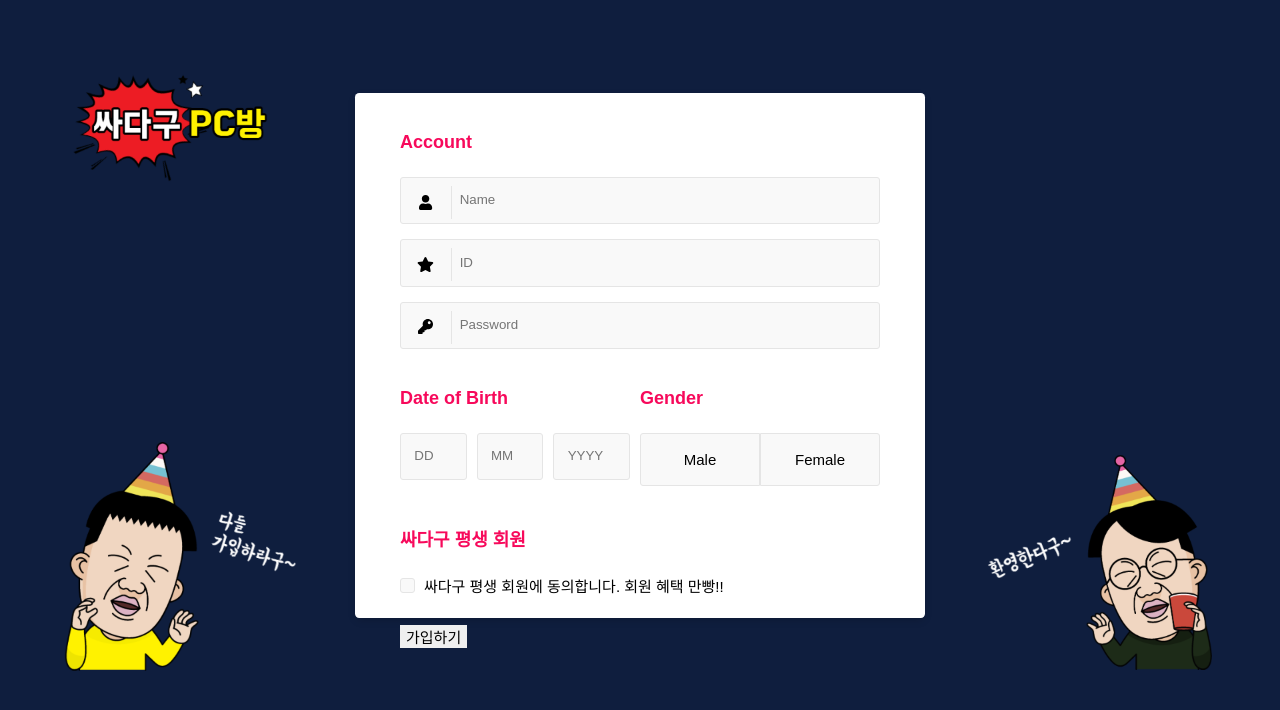
Repository: lkwoung/webProject-assignment
Page: http://localhost/CheapPC/login/join.jsp
The author's editor kept a copy of each file at every save. The page is drawn from the files as they stood at one save, then again after the next save.
The browser window is 1280 px wide. The pictures show the whole page.
Some web fonts or font styles are not loaded; a fallback is used. Some web libraries are served in a nearby version. The page is served by Tomcat 9.

Above is the page before, as saved 2020-12-17 14:24:36.

After the next save:
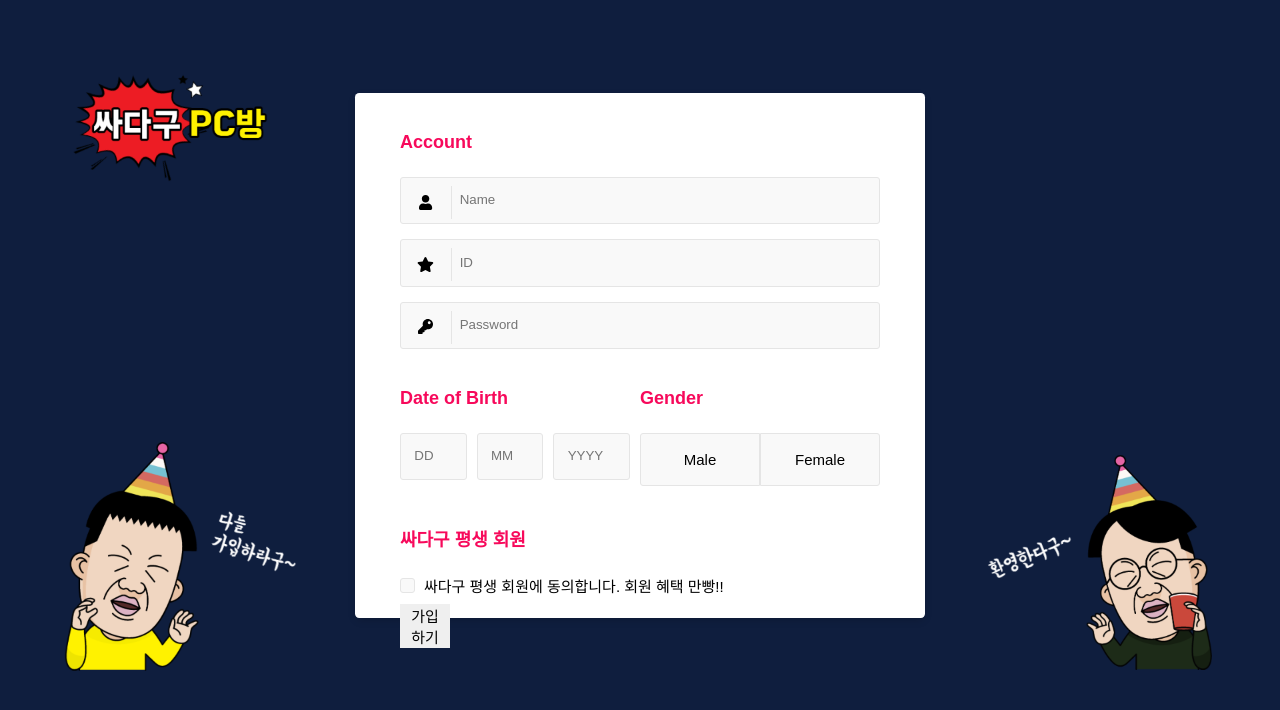
Saved 35 s later.
--- a/CheapPC/WebContent/login/join.jsp
+++ b/CheapPC/WebContent/login/join.jsp
@@ -59,7 +59,7 @@
         <label for="terms" style="font-family:'Hanna', sans-serif;">싸다구 평생 회원에 동의합니다. 회원 혜택 만빵!!</label>
       </div>
     </div>
-      <button type="submit" style="font-family:'Hanna', sans-serif; position:absolute; bottom:10%;">가입하기</button>
+      <button type="submit" style="font-family:'Hanna', sans-serif; position:absolute; bottom:10%; width:50px;">가입하기</button>
   </form>
   </div>
 

After the save that followed:
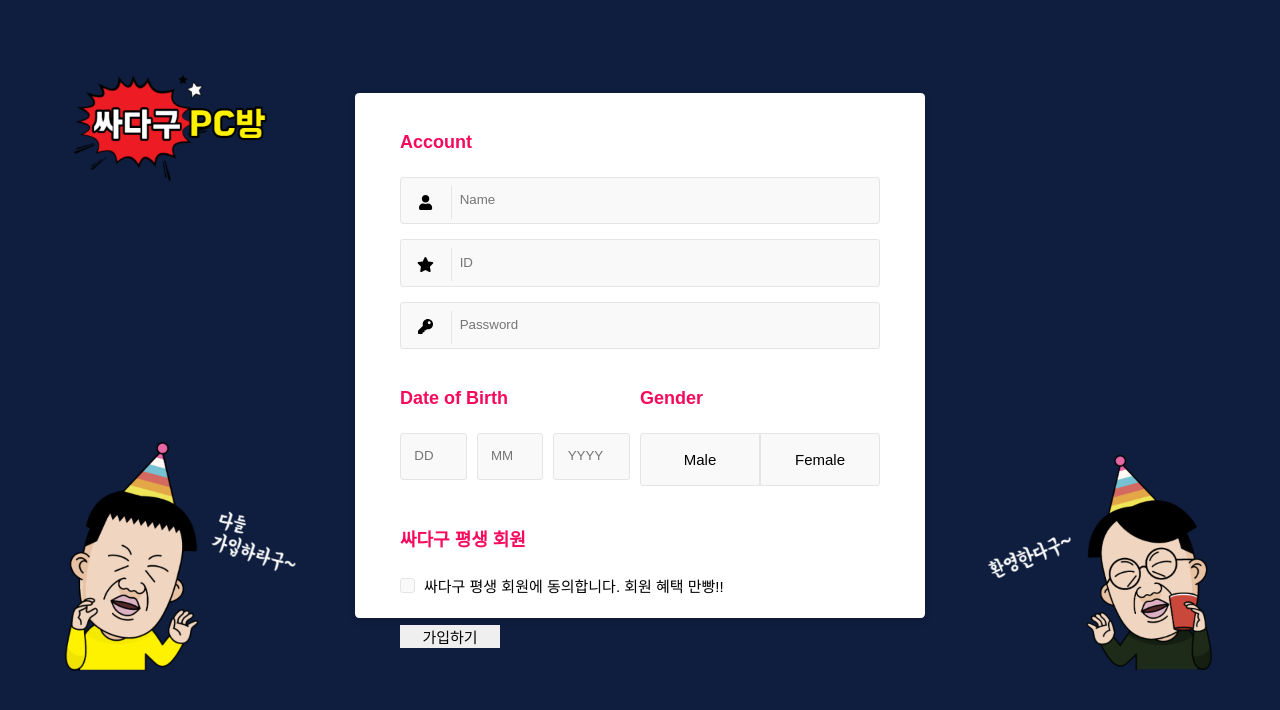
Saved 11 s later.
--- a/CheapPC/WebContent/login/join.jsp
+++ b/CheapPC/WebContent/login/join.jsp
@@ -59,7 +59,7 @@
         <label for="terms" style="font-family:'Hanna', sans-serif;">싸다구 평생 회원에 동의합니다. 회원 혜택 만빵!!</label>
       </div>
     </div>
-      <button type="submit" style="font-family:'Hanna', sans-serif; position:absolute; bottom:10%; width:50px;">가입하기</button>
+      <button type="submit" style="font-family:'Hanna', sans-serif; position:absolute; bottom:10%; width:100px;">가입하기</button>
   </form>
   </div>
 
